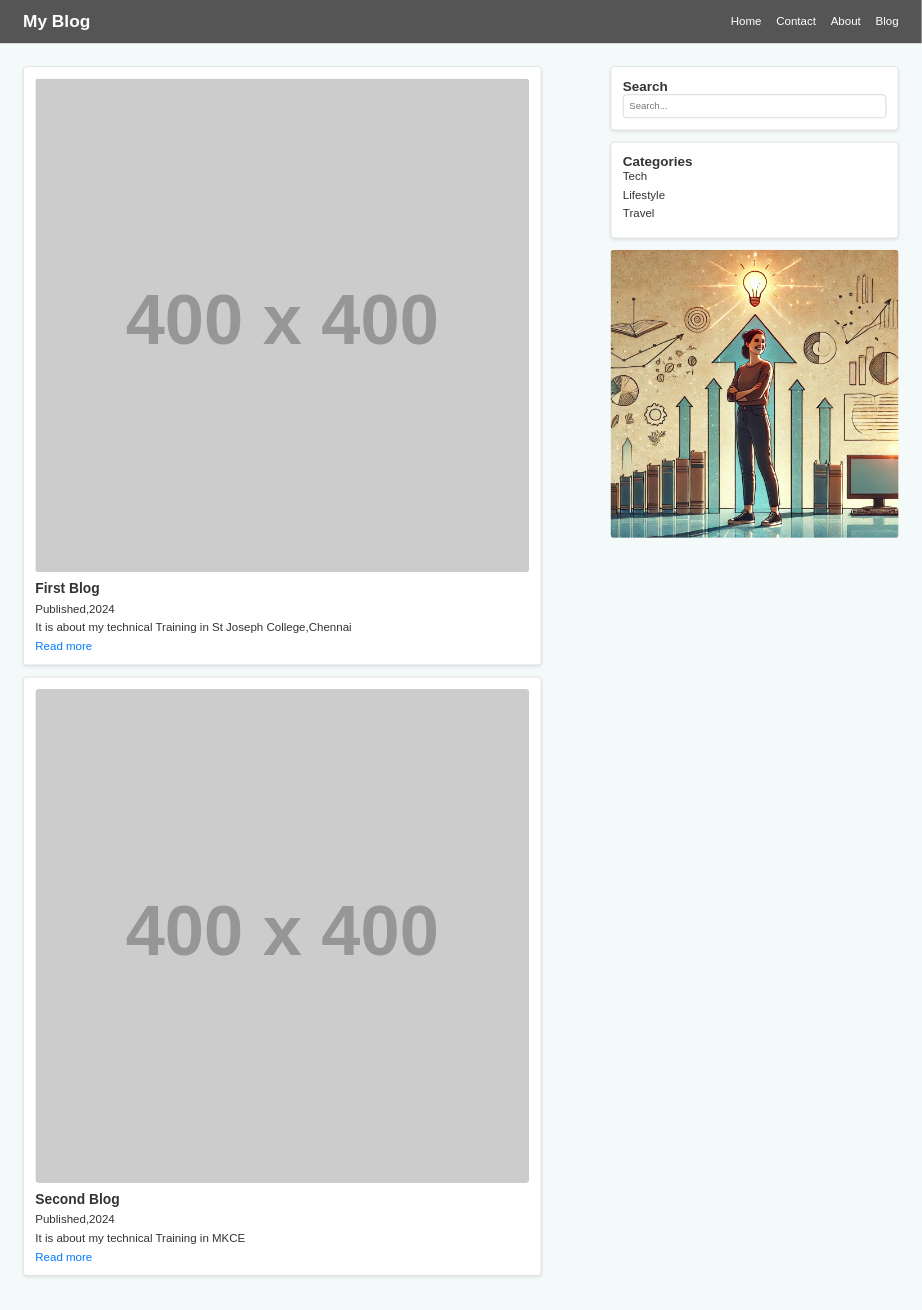
Repository: obusakthi539/Loginform
Page: Myblog.html
These files come from the project's save history. The page is drawn as it stood at one moment and after the next save; the edit follows.
The browser window is 1280 px wide. The pictures show the whole page, at 72% of full size.

Above is the page before, as saved 2025-01-12 16:55:29.

After the next save:
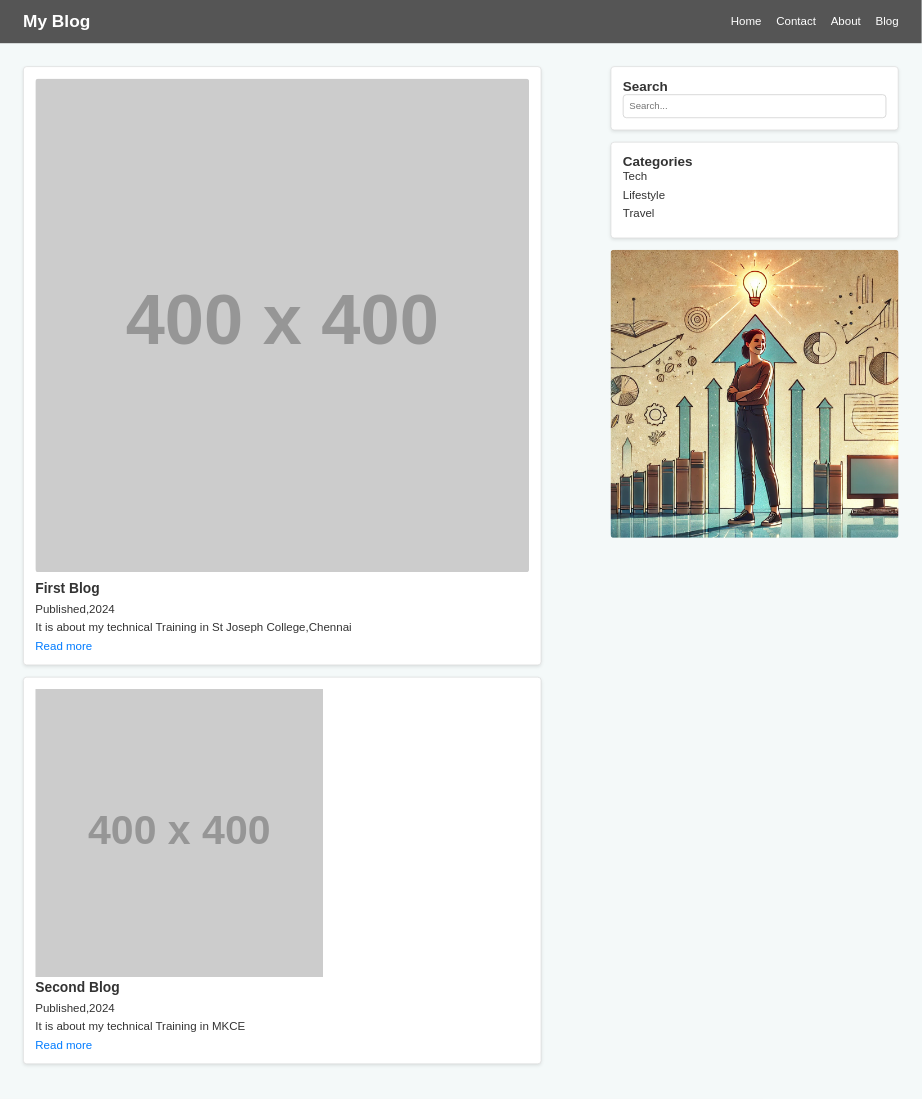
Saved 32 s later.
--- a/Myblog.html
+++ b/Myblog.html
@@ -167,7 +167,7 @@
             </div>
 
             <div class="blog-card">
-                <img class="blog-image" src="https://via.placeholder.com/400" alt="Second Blog Image">
+                <img class="St joseph.jpg" src="https://via.placeholder.com/400" alt="Second Blog Image">
                 <h2>Second Blog</h2>
                 <p>Published,2024</p>
                 <p>It is about my technical Training in MKCE</p>

After the save that followed:
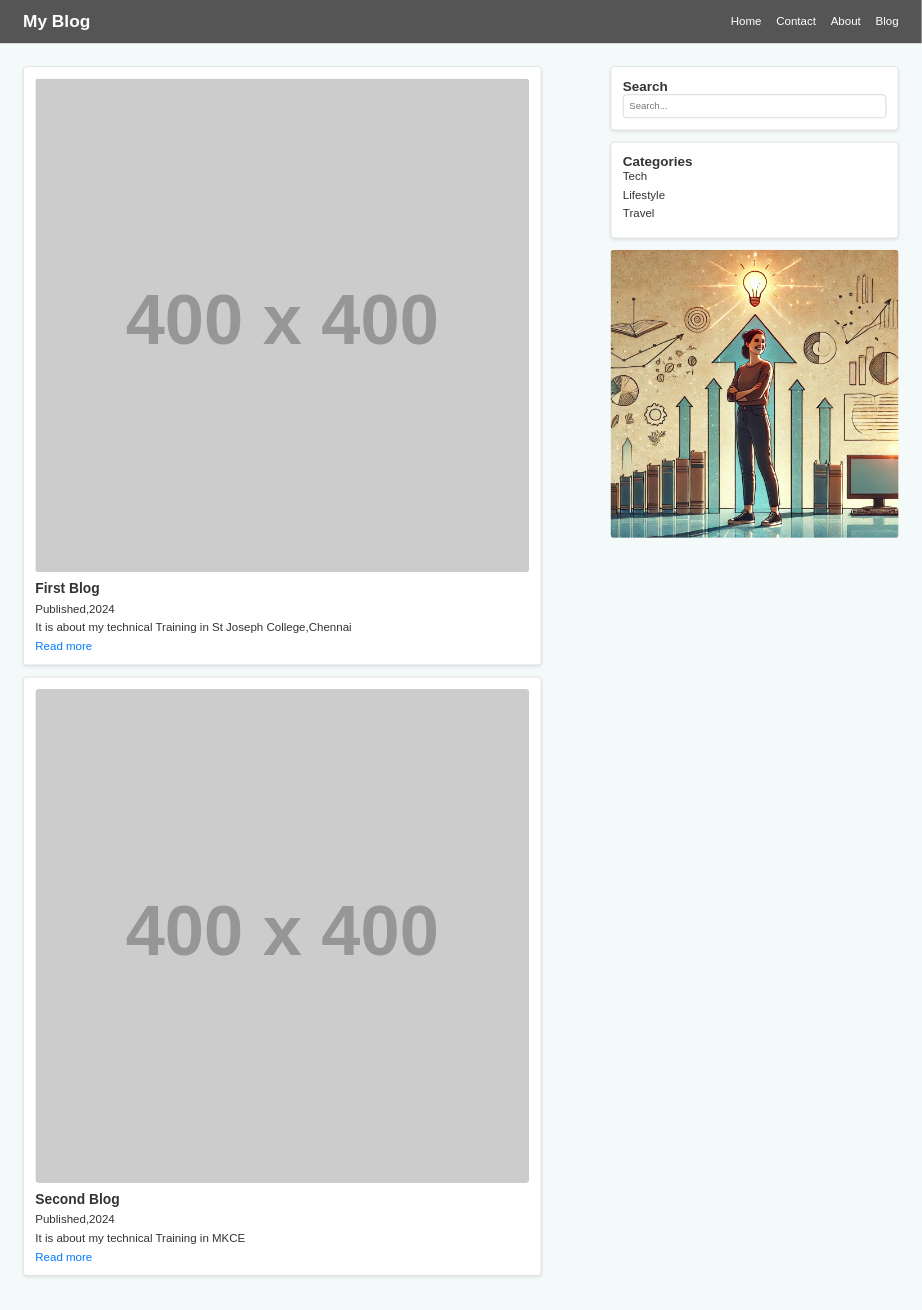
Saved 29 s later.
--- a/Myblog.html
+++ b/Myblog.html
@@ -167,7 +167,7 @@
             </div>
 
             <div class="blog-card">
-                <img class="St joseph.jpg" src="https://via.placeholder.com/400" alt="Second Blog Image">
+                <img class="blog-image" src="https://via.placeholder.com/400" alt="Second Blog Image">
                 <h2>Second Blog</h2>
                 <p>Published,2024</p>
                 <p>It is about my technical Training in MKCE</p>
